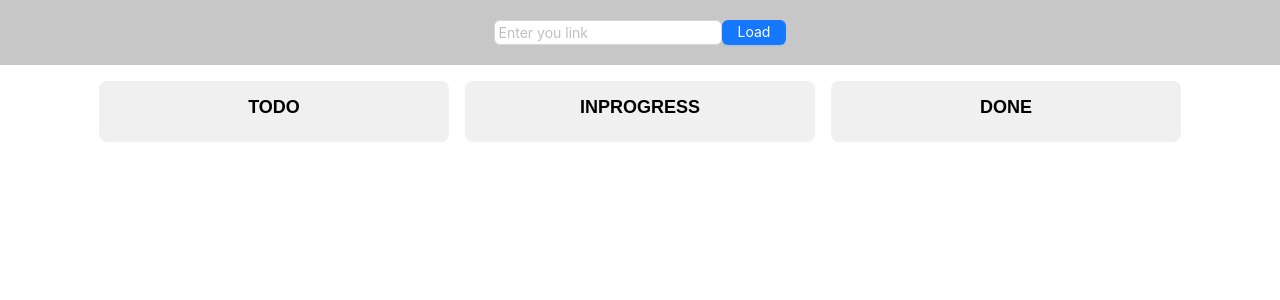
Repository: dVaselevsliy/kanban-test
Page: /
An editor plug-in stored every save of this project. The page is shown before and after the next save, followed by the edit.
The browser window is 1280 px wide. The pictures show the whole page.
The project was rebuilt for these pictures with package versions that can differ from the ones it lists, and the page was loaded fresh each time. Also part of the build but not shown: vite.config.ts, src/helpers/timeAgo.js, src/components/Issue.tsx.

Above is the page before, as saved 2025-03-03 01:53:46.

After the next save:
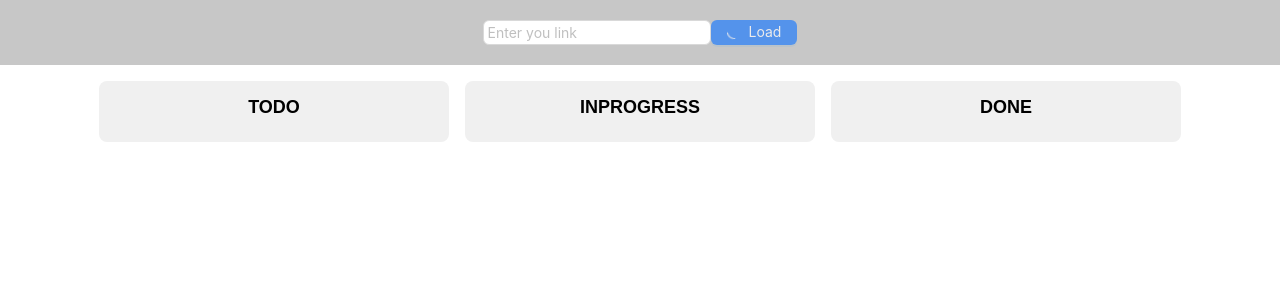
Saved 2 min 20 s later.
--- a/src/App.tsx
+++ b/src/App.tsx
@@ -71,6 +71,7 @@
             htmlType="submit"
             type="primary"
             className="button"
+            loading
           >
             Load
           </Button>

After the 2 saves that followed:
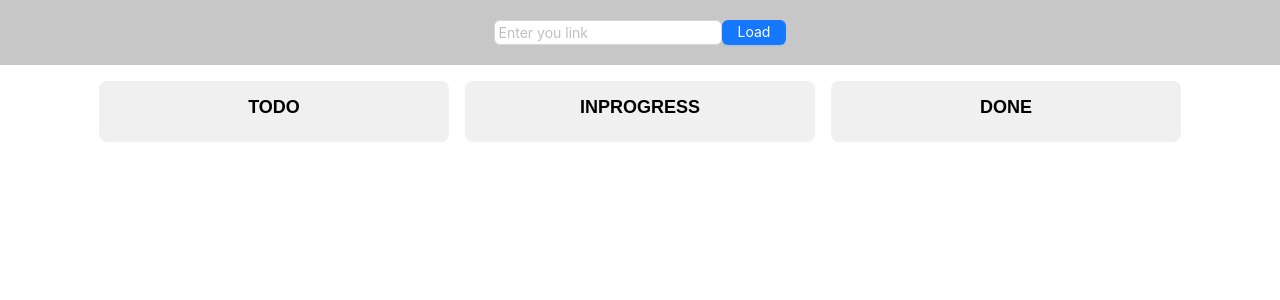
The 2 saves are shown as one change because they came seconds apart.
The last was saved 9 s later.
--- a/src/App.tsx
+++ b/src/App.tsx
@@ -71,7 +71,7 @@
             htmlType="submit"
             type="primary"
             className="button"
-            loading
+            loading={loading}
           >
             Load
           </Button>
